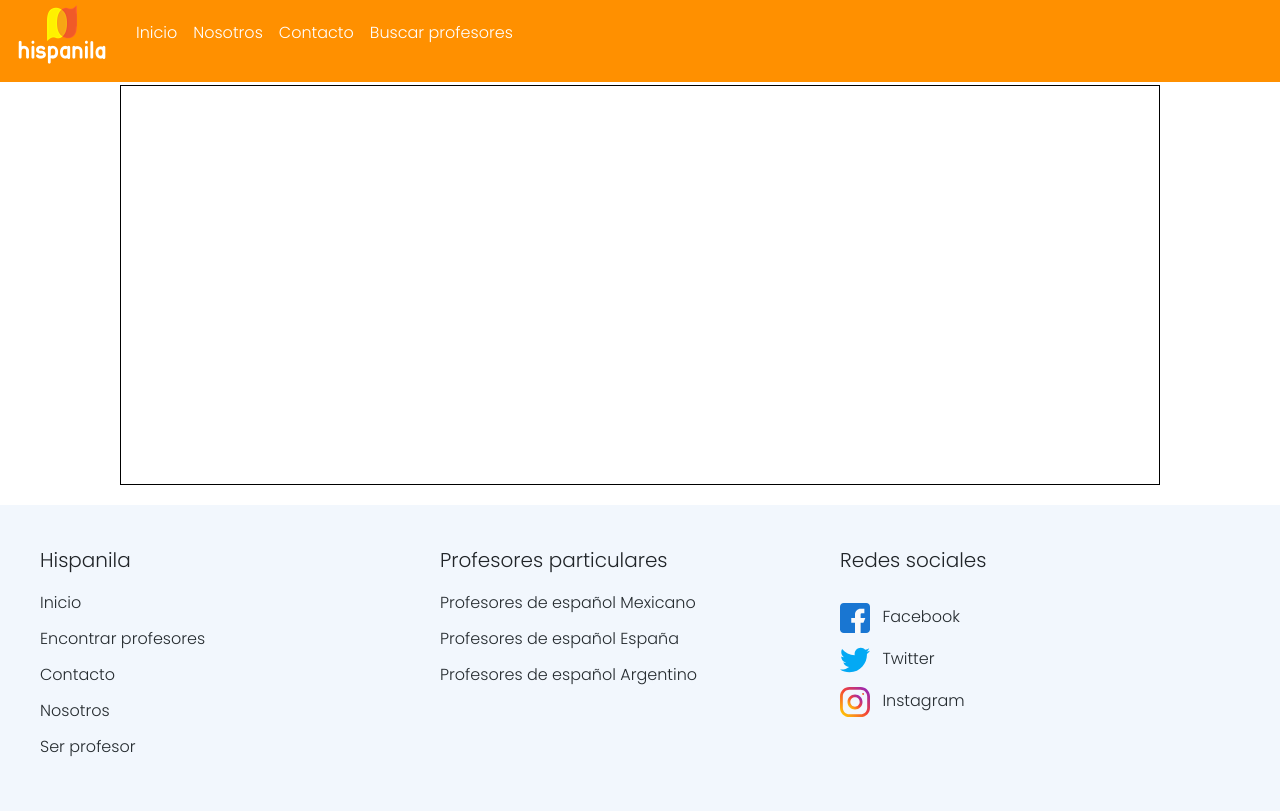
Repository: AgustinGarciaDev/Hispanila
Page: prueba.html
These files come from the project's save history. The page is drawn as it stood at one moment and after the next save; the edit follows.
The browser window is 1280 px wide. The pictures show the whole page.
Some web libraries are served in a nearby version. The style sheet was rebuilt from its Sass, Less or Tailwind sources for each picture, by a compiler version that may differ from the author's.

Above is the page before, as saved 2021-01-29 00:36:42.

### prueba.html
<!DOCTYPE html>
<html lang="en">

<head>

    <head>
        <meta charset="UTF-8">
        <title>Buscar profesor</title>
        <meta name="viewport" content="width=device-width, user-scalable=no">
        <meta name="description" content="Busca el profesor de español que más se adecue a lo que quieres aprender. Busca por precio,variante del español y mucho más">
        <meta name="keywords" content="profesor español, buscar profesor, español , aprender con profesionales">

        <link rel="stylesheet" href="https://cdnjs.cloudflare.com/ajax/libs/animate.css/4.1.1/animate.min.css" />
        <link rel="stylesheet" href="https://use.fontawesome.com/releases/v5.8.1/css/all.css" integrity="sha384-50oBUHEmvpQ+1lW4y57PTFmhCaXp0ML5d60M1M7uH2+nqUivzIebhndOJK28anvf" crossorigin="anonymous">
        <link rel="preconnect" href="https://fonts.gstatic.com">
        <link rel="preconnect" href="https://fonts.gstatic.com">
        <link href="https://fonts.googleapis.com/css2?family=Poppins:ital,wght@0,200;0,300;0,800;0,900;1,200;1,500&display=swap" rel="stylesheet">
        <link href="https://cdn.jsdelivr.net/npm/bootstrap@5.0.0-beta1/dist/css/bootstrap.min.css" rel="stylesheet" integrity="sha384-giJF6kkoqNQ00vy+HMDP7azOuL0xtbfIcaT9wjKHr8RbDVddVHyTfAAsrekwKmP1" crossorigin="anonymous">
        <link rel="stylesheet" href="./css/style.css">
        <link rel="stylesheet" href="stylemod.css">
    </head>
</head>

<body class="search-teacher">
    <header>
        <nav class="navbar navbar-expand-lg navbar-light bg-light nav-color">
            <div class="container-fluid">
                <a class="navbar-brand" href="./index.html"><img class="logo" src="./img/Hispanila_opt.png" alt=""></a>
                <button class="navbar-toggler" type="button" data-bs-toggle="collapse" data-bs-target="#navbarSupportedContent" aria-controls="navbarSupportedContent" aria-expanded="false" aria-label="Toggle navigation">
            <span class="navbar-toggler-icon"></span>
          </button>
                <div class="collapse navbar-collapse" id="navbarSupportedContent">
                    <ul class="navbar-nav me-auto mb-2 mb-lg-0">
                        <li class="nav-item">
                            <a class="nav-link active" aria-current="page" href="./index.html">Inicio</a>
                        </li>
                        <li class="nav-item">
                            <a class="nav-link" href="./we.html">Nosotros</a>
                        </li>
                        <li class="nav-item">
                            <a class="nav-link" href="./contact.html">Contacto</a>
                        </li>
                        <li class="nav-item">
                            <a class="nav-link" href="./searchteacer.html">Buscar profesores</a>
                        </li>
                    </ul>
                </div>
            </div>
        </nav>
    </header>
    <section class="teacher__layout">
        <div class="teacher__card">
            <div class="teacher__card__content">

            </div>
        </div>
    </section>

    <footer class="footer">
        <div class="list__footer">
            <p class="list__footer__p-modifier">Hispanila</p>
            <li class="list__footer__li-modifier"> <a class="list__footer__a-modifier" href="/index.html">Inicio</a></li>
            <li class="list__footer__li-modifier"> <a class="list__footer__a-modifier" href="/searchteacer.html">Encontrar profesores</a></li>
            <li class="list__footer__li-modifier"><a class="list__footer__a-modifier" href="/contacte.html">Contacto</a></li>
            <li class="list__footer__li-modifier"><a class="list__footer__a-modifier" href="/we.html">Nosotros</a></li>
            <li class="list__footer__li-modifier"><a class="list__footer__a-modifier" href="/we.html">Ser profesor</a></li>
        </div>
        <div class="list__footer">
            <p class="list__footer__p-modifier">Profesores particulares</p>
            <li class="list__footer__li-modifier"> <a class="list__footer__a-modifier" href=" https://www.facebook.com/ "> Profesores de español Mexicano</a></li>
            <li class="list__footer__li-modifier"><a class="list__footer__a-modifier" href="https://twitter.com/home "> Profesores de español España</a></li>
            <li class="list__footer__li-modifier"><a class="list__footer__a-modifier" href="https://www.instagram.com/ "> Profesores de español Argentino</a></li>
        </div>
        <div class="list__footer ">
            <p class="list__footer__p-modifier"> Redes sociales</p>
            <li class="list__footer__li-modifier"></li><img class="list__footer__img-modifier" src="./img/facebook.svg " alt=" "> <a class="list__footer__a-modifier" href="https://www.facebook.com/ ">Facebook</a></li>
            <li class="list__footer__li-modifier"></li><img class="list__footer__img-modifier" src="./img/gorjeo.svg " alt=" "> <a class="list__footer__a-modifier" href="https://twitter.com/home ">Twitter</a></li>
            <li class="list__footer__li-modifier"></li><img class="list__footer__img-modifier" src="./img/instagram.svg " alt=" "> <a class="list__footer__a-modifier" href="https://www.instagram.com/ ">Instagram</a></li>
        </div>
    </footer>
    <script src="https://cdn.jsdelivr.net/npm/bootstrap@5.0.0-beta1/dist/js/bootstrap.bundle.min.js" integrity="sha384-ygbV9kiqUc6oa4msXn9868pTtWMgiQaeYH7/t7LECLbyPA2x65Kgf80OJFdroafW" crossorigin="anonymous"></script>
</body>

</html>

### stylemod.css
/* CARD  porque estudiar Hispanila*/

.teacher-block {
    height: 400px;
    width: 100%;
    background: white;
    margin-bottom: 20px;
    margin-top: 20px;
    box-shadow: 20px 20px 51px #c4cacf, -20px -20px 51px #ffffff;
    padding: 10px;
    display: flex;
}

.teacher-date {
    display: flex;
    flex-direction: column;
    padding: 20px;
}

.teacher-date .teacher-score {
    flex-direction: row;
}

.teacher-date img {
    border-radius: 50%;
    height: 100px;
    width: 100px;
    margin: auto;
}

.teacher-date button {
    height: 30px;
    width: 120px;
    margin: auto;
}

.score-teacher {
    margin: auto;
    padding: 20px 0 20px 0;
    color: #FEC400;
}

.teacher-information {
    display: flex;
    flex-direction: column;
}

.teacher-information h1 {
    font-size: 20px;
}

.teacher-date-personal {
    display: flex;
    flex-direction: row;
    justify-content: space-between;
}

.teacher-posicion {
    display: inline;
}

.title-teacher p {
    font-size: 16px;
    font-weight: 200;
    margin: 4px;
}

.teacher-precie {
    font-size: 18px;
    font-weight: bold;
}

.teacher-posicion h4 {
    font-size: 20px;
    font-weight: 200;
}

.teacher-posicion .teacher-divider-card {
    border: solid 1px red;
    width: 15px;
    height: 3px;
    background: red;
}

.teacher-learning {
    font-weight: bold;
}

.level {
    display: inline-block;
    margin: 2px;
    height: 19px;
    width: 4px;
    background: red;
}

.level-four-lenguage {
    background: #dee3e5
}

.level-five-leanguage {
    background: #dee3e5
}

.navbar>.container-fluid {
    background-color: #FF9000 !important;
}

@media (max-width: 890px) {
    .teacher-block {
        flex-direction: column;
    }
}

@media (max-width: 520px) {}

### scss/style.scss
@import"variables";
@import "header";
@import "footer";
@import "body";
@import "home";
@import "contac";
@import "profile";
@import "seendemail";
@import "aboutUs";
@import "search";

### scss/_variables.scss
/* TIPOGRAFIAS */

$font-body: 'Poppins',
sans-serif;

/* SIZE TIPOGRAFIAS */

$nameteacher: 16px;
$titulocontacto: 20px;

/* ICONOS COLOR */

$color-start-icon: #FEC400;
$color-social:gray;

/*Color background*/

$color-box: linear-gradient(145deg, #d8e8f2, #b6c3cb);

/*Padding*/

$padding-currilum: 40px;

### scss/_header.scss
header {
    position: sticky;
    top: 0;
    z-index: 5;
}

### scss/_footer.scss
.footer {
    background-color: #F2F7FD;
    display: grid;
    grid-template-columns: repeat(3, 1fr);
    padding: 40px;
}

.list__footer__p-modifier {
    font-size: 20px;
}

.list__footer__li-modifier {
    list-style: none;
    align-items: center;
    display: flex;
    margin-bottom: 12px;
}

.list__footer__a-modifier {
    text-decoration: none;
    color: #252b2f;
}

.list-footer a:hover {
    text-decoration: underline;
}

.list__footer__img-modifier {
    width: 30px;
    height: 30px;
    margin-right: 8px;
}

@media (max-width: 768px) {
    .footer {
        display: flex;
        flex-wrap: wrap;
    }
    .list__footer {
        padding-left: 10px;
        padding-right: 10px;
        justify-content: center;
    }
}

@media (max-width: 520px) {}

### scss/_body.scss
body {
    margin: 0;
    font-family: $font-body;
}

### scss/_home.scss
.nav-color {
    background-color: #ff9000 !important;
    height: 65px;
    box-shadow: 2px 2px 4px #d97a00, -5px -5px 4px #ffa600;
}

.nav-link {
    color: white !important;
}

.hero {
    display: grid;
    grid-template-columns: 2fr 2fr;
    height: 600px;
    background-image: url(http://baravdg.com/wp-content/uploads/2021/01/hero-background.png);
    background-position: center;
    background-repeat: no-repeat;
    background-size: cover;
}

.hero .box {
    display: flex;
    flex-direction: column;
    margin: auto;
    padding-left: 30px;
}

.hero__title_h1 {
    color: white;
    font-weight: 700;
    font-size: 50px;
}

.hero__title_p {
    color: white;
    font-size: 30px;
    font-size: 400;
}

.hero__bottom {
    width: 200px;
    color: white;
    padding: 10px;
    text-align: center;
    text-decoration: none;
    font-size: 'Poppins', sans-serif;
    font-weight: 800;
    border-radius: 8px;
    background: linear-gradient(145deg, #ffd529, #d8b322);
}


/* EMPIEZA LAS CARD DE LAS BANDERAS */

.Tittle_h2 {
    text-align: center;
    padding: 30px;
    font-size: 40px;
    font-weight: 800;
}

.block-band {
    display: grid;
    grid-template-columns: repeat(3, 1fr);
    grid-column-gap: 30px;
    grid-row-gap: 30px;
    justify-items: center;
}

.link {
    color: inherit;
    text-decoration: inherit;
}

.card-band {
    border-radius: 24px;
    border-radius: 24px;
    background: #ecf1f4;
    box-shadow: 22px 22px 18px #dee3e5, -22px -22px 18px #faffff;
    width: 400px;
    height: 372px;
}

.content-band {
    display: flex;
    padding-left: 40px;
    padding-bottom: 10px;
}

.info-card {
    padding-top: 9px;
    padding-left: 10px;
}

.info-card h4 {
    margin: 0;
}

.info-card p {
    margin: 0;
    margin-left: 6;
}

.card-band .teacher-photo {
    width: 400px;
    height: 300px;
}

.card-band .band {
    height: 50px;
    width: 50px;
}

.card-prof {
    margin: 40px;
    padding: 40px;
}

.table-proyect {
    padding: 40px;
}


/* Card study*/

.margin {
    margin: 20px;
}

.card__study__resson {
    width: 300px;
    height: 572px;
}

.card__study__img {
    height: 400px;
    width: 200px;
    display: flex;
    margin: auto;
}

.card__study_text {
    text-align: center;
}

.card__study__btn {
    width: 200px;
    color: white;
    padding: 10px;
    justify-content: center;
    text-decoration: none;
    font-size: 'Poppins', sans-serif;
    font-weight: 800;
    border-radius: 8px;
    background: linear-gradient(145deg, #ffd529, #d8b322);
    display: flex;
    margin: auto;
}

@media (max-width: 890px) {
    .block-band {
        grid-template-columns: repeat(2, 1fr);
    }
    .card-band .teacher-photo {
        width: 324px;
        height: 239px;
    }
    .card-band {
        width: 324px;
        height: 325px;
    }
    .logo {
        margin-top: -20px;
    }
}

@media (max-width: 520px) {
    .hero {
        height: 360px;
    }
    .block-band {
        grid-template-columns: none;
    }
    .card__study__resson {
        width: 300px;
        height: 572px;
    }
    .nav-color {
        height: 70px;
    }
    .logo {
        margin-top: -20px;
    }
    .hero__title_h1 {
        font-size: 31px;
    }
    .hero__title_p {
        font-size: 17px;
    }
    .Tittle_h2 {
        text-align: center;
        padding: 17px;
        font-size: 32px;
        font-weight: 800;
    }
}

### scss/_contac.scss
.contact__body {
    margin-top: 50px;
    margin-bottom: 50px;
}

.row {
    margin-right: 0;
}

.email_img {
    width: 100%;
}

.icons__list {
    display: flex;
    justify-content: center;
}

.icons__list_a {
    text-decoration: none;
    color: #ff9000;
    padding-bottom: 10px;
    padding-left: 5px;
    padding-right: 5px;
    font-size: 20px;
}

.icons__list__redsocial {
    display: flex;
    flex-direction: row;
    padding-top: 10px;
    justify-content: center;
}

.icons__list_logo_Redes {
    color: #ff9000;
    font-size: 35px;
    margin: 0 10px;
}

.text-contact__h2 {
    font-size: $titulocontacto;
}

.btn_send {
    width: 200px;
    color: white;
    padding: 10px;
    display: flex;
    justify-content: center;
    margin-top: 14px;
    text-decoration: none;
    font-size: 'Poppins', sans-serif;
    font-weight: 800;
    border-radius: 8px;
    background-color: orange;
}

@media (max-width: 520px) {
    .text-contact__h1 {
        text-align: center;
    }
    .text-contact__h2 {
        font-size: $titulocontacto -7;
        text-align: center;
    }
}

### scss/_profile.scss
    .layout {
        display: grid;
        grid-template-columns: 2fr 1fr;
        grid-template-rows: 1fr;
        grid-column-gap: 10px;
        grid-row-gap: 10px;
        padding: 20px;
    }

    .layout__infoteache__video-modifier {
        width: 100%;
        height: 500px;
    }

    .layout__profile {
        border-radius: 8px;
        background: #ffffff;
        box-shadow: 8px 8px 55px #d9d9d9, -8px -8px 55px #ffffff;
    }

    .layaout__datachecher__layout__img-modifier {
        width: 80px;
        height: 80px;
        border-radius: 50%;
        display: flex;
        margin: auto;
    }

    .layaout__datachecher__h1-modifier {
        font-size: 30px;
        font-weight: 600;
    }

    .layaout__datachecher__h2-modifier {
        font-size: 14px;
    }

    .scoreteacher {
        display: flex;
        flex-direction: row;
    }

    .scoreteacher__icon--modifier {
        color: $color-start-icon;
        margin-top: 28px;
        margin-bottom: 2px;
    }

    .scoreteacher__number--modifier {
        margin-top: 26px;
        margin-bottom: 2px;
        padding-left: 9px;
    }

    .layout__sepator {
        border: 1px solid #10101030;
        margin: 10px;
    }

    .card {
        margin-bottom: 15px;
        margin-top: 15px;
    }

    .card-body {
        display: flex;
    }

    .clases__titulo-Modifier {
        font-size: 25px;
        font-size: 500;
    }

    .curriculum {
        margin: 30px 0;
        border-radius: 8px;
        background: #ffffff;
        box-shadow: 8px 8px 55px #d9d9d9, -8px -8px 55px #ffffff;
        padding: $padding-currilum;
    }

    .lessons__box {
        padding: 40px;
        margin: 30px 0;
        border-radius: 8px;
        background: #ffffff;
        box-shadow: 8px 8px 55px #d9d9d9, -8px -8px 55px #ffffff;
    }

    .Comentary {
        margin-top: 20px;
        background: #ffffff;
        box-shadow: 8px 8px 55px #d9d9d9, -8px -8px 55px #ffffff;
        padding: 30px;
    }

    .personaldata {
        display: flex;
        flex-direction: row;
    }

    .Comentary__grid {
        margin-top: 40px;
        display: grid;
        grid-template-columns: 1fr 1fr;
        grid-template-rows: 1fr 1fr 1fr;
        grid-row-gap: 30px;
    }

    .Comentary__layout {
        width: 350px;
        height: 140px;
        padding: 10px;
        background: rgba( 255, 255, 255, 0.00);
        box-shadow: 0 8px 10px 0 rgba( 31, 38, 135, 0.37);
        border-radius: 10px;
    }

    .personaldata img {
        border-radius: 50%;
        width: 50px;
        height: 50px;
    }

    .Reserva {
        position: sticky;
        top: 100px;
        height: 350px;
        border-radius: 8px;
        background: #ffffff;
        box-shadow: 8px 8px 55px #d9d9d9, -8px -8px 55px #ffffff;
    }

    .Reserva__precios_layout {
        padding-bottom: 10px;
        padding-top: 10px;
    }

    .boton__ML {
        display: flex;
        justify-content: center;
    }

    .mercadopago-button {
        height: 40px;
        font-weight: 300px;
        font-family: $font-body;
        background-color: #00b1ff!important;
        width: 100%;
        border-radius: 1px;
        background: $color-box;
        box-shadow: 5px 5px 9px #b8c5ce, -5px -5px 9px #dcedf6;
    }

    .Reserva__divider {
        border: 1px solid gray;
    }

    .Reserva__contact {
        text-align: center;
        padding: 20px;
    }

    .Reserva__contact_boton {
        display: block;
        font-weight: 400;
        padding: 20px;
        text-decoration: none;
        color: white;
        background: #48af41!important;
        border-radius: 1px;
        border-radius: 1px;
        background: $color-box;
        box-shadow: 5px 5px 9px #b8c5ce, -5px -5px 9px #dcedf6;
    }
    /* Responsive */

    @media (max-width: 890px) {
        .layout {
            display: flex;
            flex-direction: column;
        }
        .Comentary__grid {
            display: flex;
            flex-wrap: wrap;
        }
        .Comentary__layout {
            width: 100%;
        }
        .Reserva {
            position: relative;
            top: 0;
            width: 100%;
            height: 350px;
        }
    }

    @media (max-width: 520px) {
        .layout__infoteache__video-modifier {
            height: 240px;
        }
        .layout__scoreteacher {
            margin-left: 132px;
        }
        .layout__dateacher_info {
            margin-left: -9px;
        }
        .Reserva__contact_boton {
            width: 200px;
            height: 70px;
            display: inline-block;
            padding: 10px;
        }
        .card-body {
            flex-direction: column;
            align-items: center;
        }
        .curriculum {
            padding: $padding-currilum -30;
        }
    }

### scss/_seendemail.scss
.lottie {
    justify-content: center;
    display: flex;
}

### scss/_aboutUs.scss
    .About__tittle-h1 {
        text-align: center;
        padding: 20px 0;
        font-weight: 800;
    }

    .About__img {
        display: flex;
        justify-content: center;
        align-items: center;
    }

    .About__img--modifier {
        width: 900px;
        height: 600px;
    }

    .About__history {
        text-align: center;
        margin: 10px 500px;
    }

    .About_compromise_img {
        width: 400px;
        height: 300px;
    }

    .about__container {
        margin-top: 50px;
        margin-bottom: 50px;
    }

    .Value {
        margin-top: 40px;
    }

    @media (max-width: 890px) {
        .About__img--modifier {
            width: 100%;
            height: auto;
        }
        .About__history {
            margin: 10px 20px;
        }
    }

    @media (max-width: 570px) {
        .About_compromise_img {
            height: 300px;
        }
        .About_compromise__responsive {
            flex-direction: column-reverse;
            display: flex;
        }
        .Value {
            display: flex;
            align-items: center;
            justify-content: center;
        }
        .Value__box {
            display: flex;
            flex-direction: column;
            justify-content: center;
        }
    }

### scss/_search.scss
.teacher__layout {
    display: flex;
    justify-content: center;
    margin-left: 100px;
    margin-right: 100px;
}

.teacher__card {
    display: grid;
    grid-template-columns: repeat(3, 1fr);
    grid-column-gap: 30px;
    grid-row-gap: 30px;
    justify-items: center;
    border: 1px solid black;
    height: 400px;
    width: 100%;
    margin: 20px;
}

After the next save:
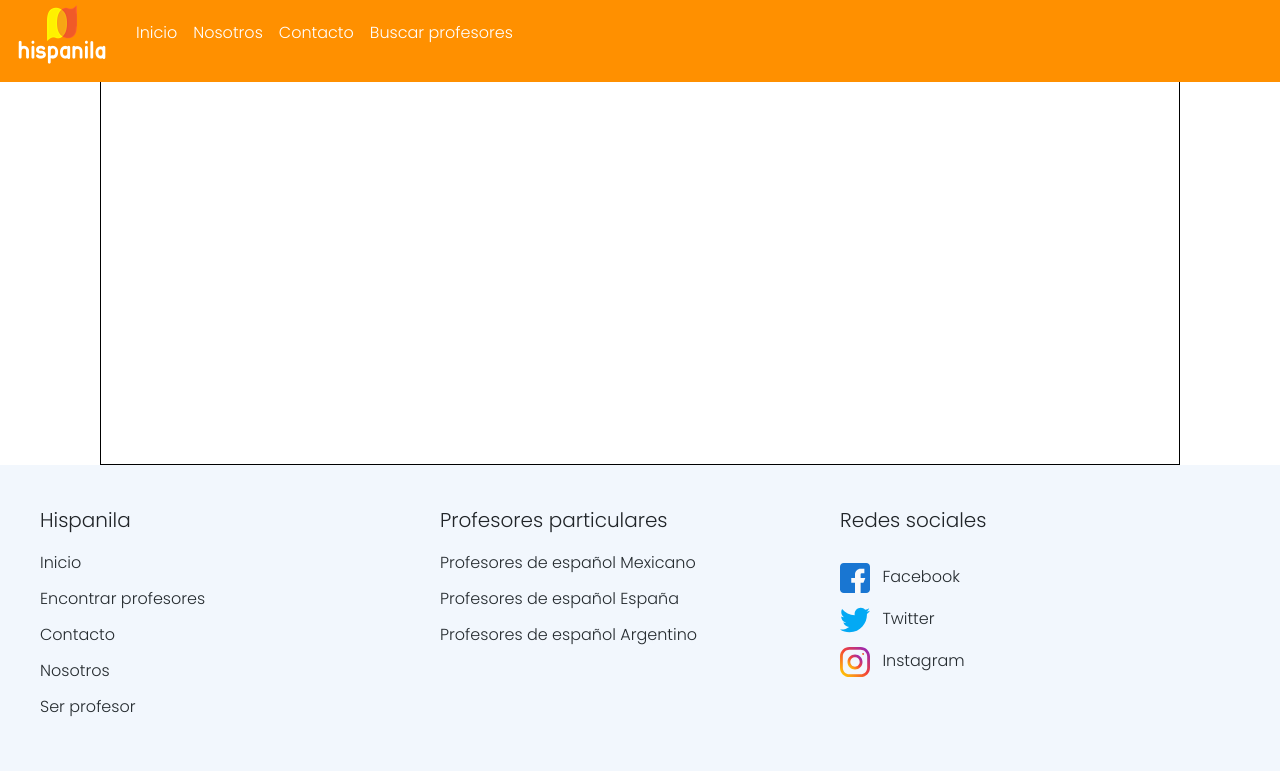
Saved 8 s later.
--- a/scss/_search.scss
+++ b/scss/_search.scss
@@ -14,5 +14,4 @@
     border: 1px solid black;
     height: 400px;
     width: 100%;
-    margin: 20px;
 }

After the save that followed:
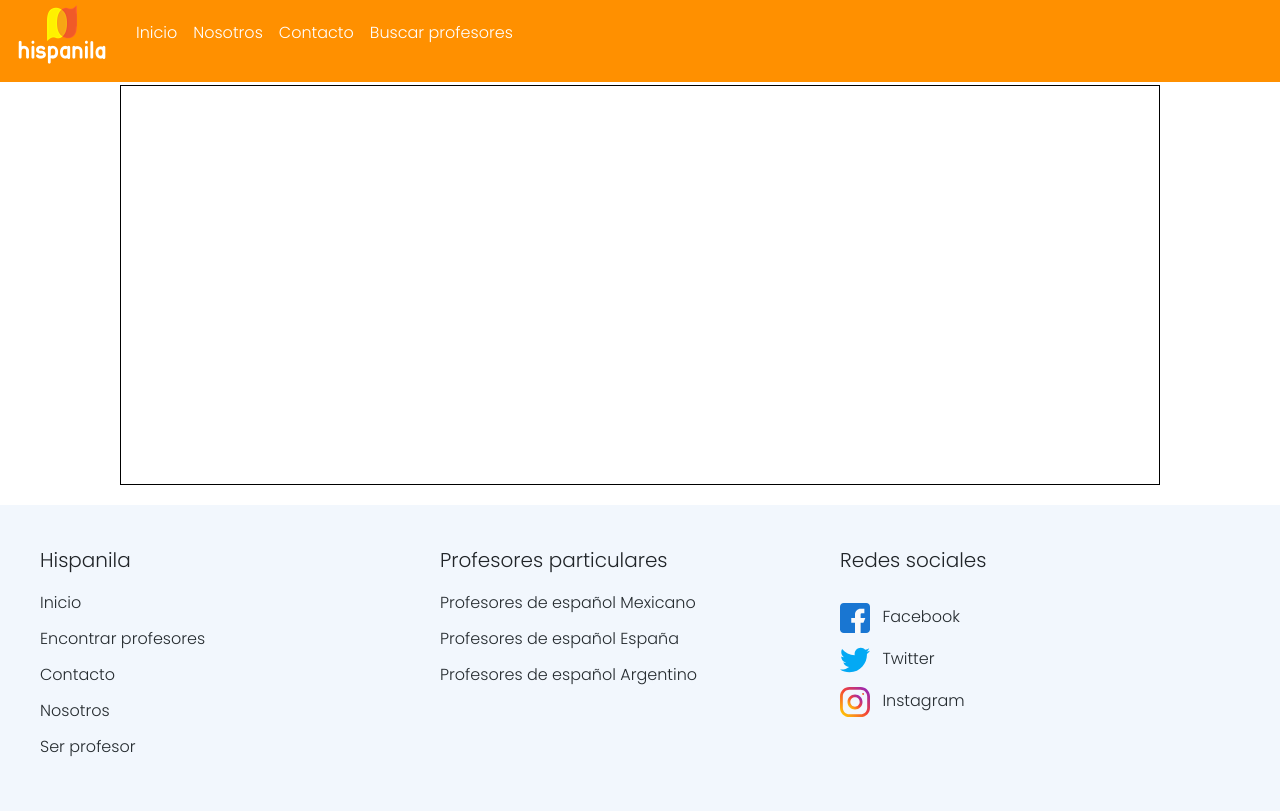
Saved 4 s later.
--- a/scss/_search.scss
+++ b/scss/_search.scss
@@ -14,4 +14,5 @@
     border: 1px solid black;
     height: 400px;
     width: 100%;
+    margin: 20px;
 }
